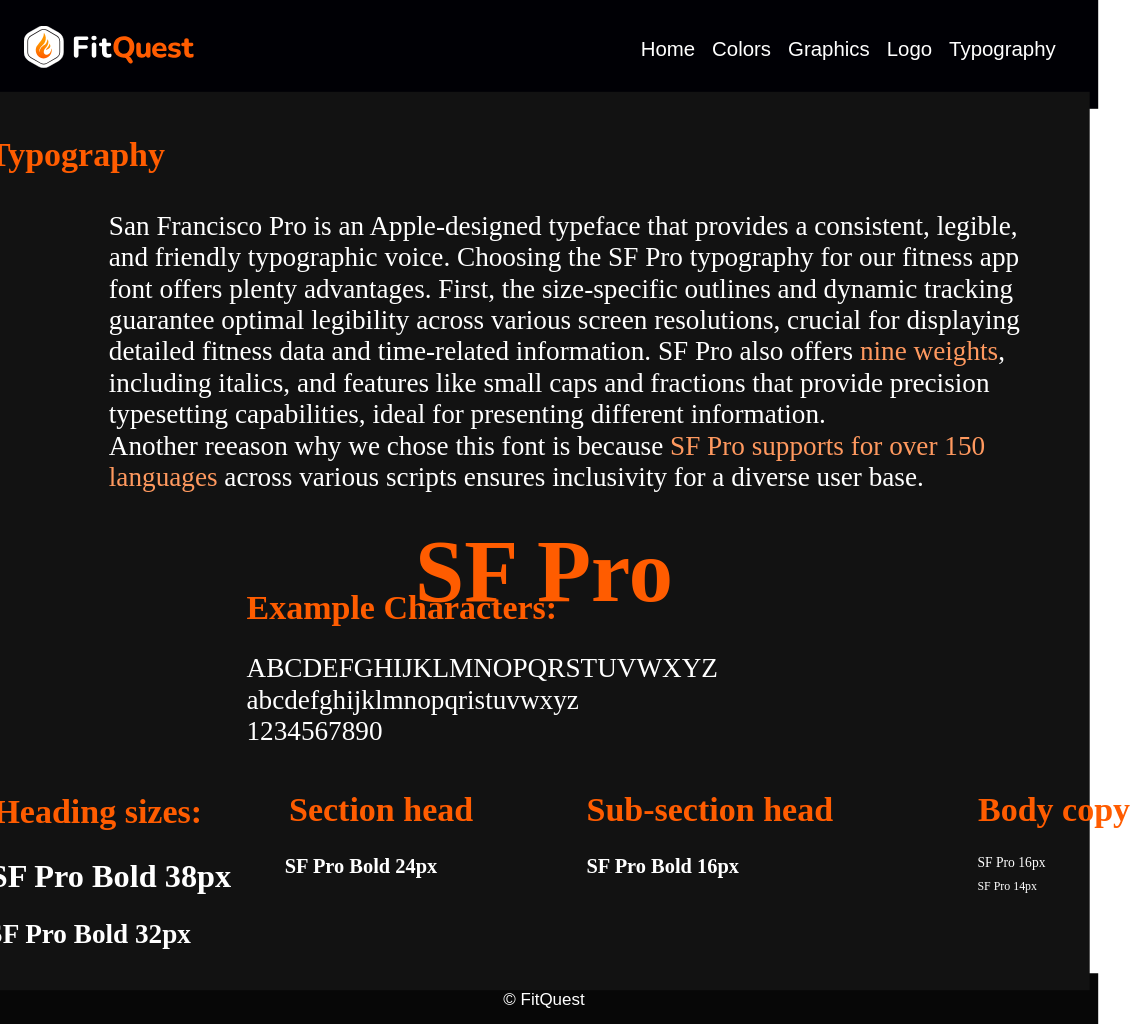
Repository: KyannaKrueger/a5styleguide
Page: /typography
These files come from the project's save history. The page is drawn as it stood at one moment and after the next save; the edit follows.
The browser window is 1280 px wide. The page is 1340 px wide, so the pictures cover 1340 px, including what lies to the right of the window. The pictures show the whole page, at 85% of full size.
The project was rebuilt for these pictures with package versions that can differ from the ones it lists, and the page was loaded fresh each time. The framework's server and built-in components were replaced by stand-ins that run in the browser. Also part of the build but not shown: next.config.mjs.

Above is the page before, as saved 2024-04-09 12:00:06.

After the next save:
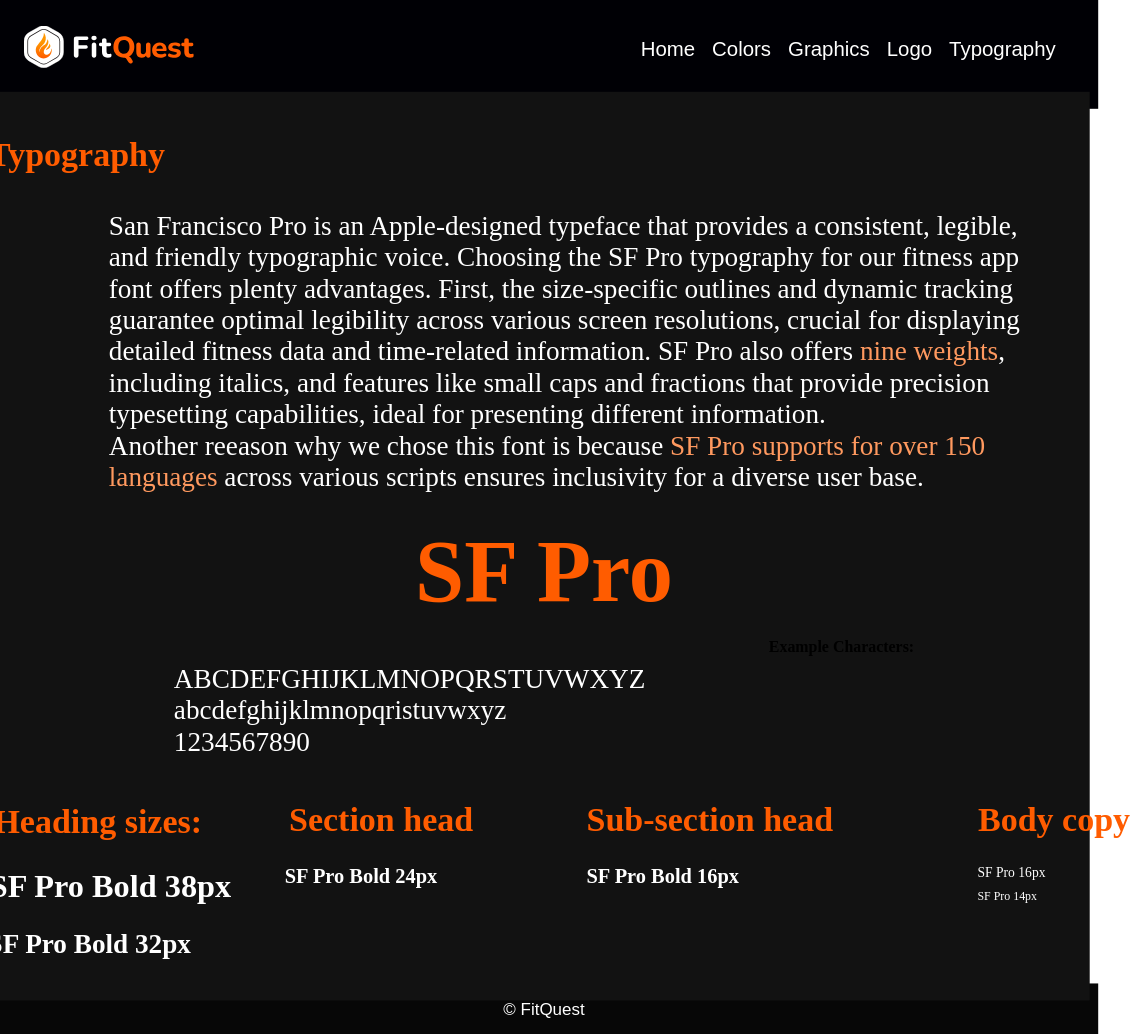
Saved 23 s later.
--- a/styles/typography.module.css
+++ b/styles/typography.module.css
@@ -40,41 +40,7 @@
     margin-bottom: 0px;
   }
 
-  .logoH{
-    color: #ff5c00;
-    text-align: left;
-    margin-left: -1150px;
-    margin-top: -20px;
-    margin-bottom: -20px;
-    font-size: 40px;
-  }
-
-  .logoTypoText{
-    color:#ffffff;
-    font-family: SF pro;
-    font-size: 32px;
-    padding: 80px;
-    margin-top: -30px;
-    margin-left: 50px;
-  }
-
-  .bigNuni{
-    color: #ff5c00;
-    font-size: 104px;
-    margin-top: -80px;
-    margin-bottom: 0px;
-    font-family: Nunito;
-    font-weight: 800;
-    margin-bottom: 100px;
-  }
-
-  .characterH {
-    color: #ff5c00;
-    text-align: left;
-    margin-left: -700px;
-    margin-top: -40px;
-    font-size: 40px;
-  }
+
 
 .characters {
     color: #ffffff;

After the save that followed:
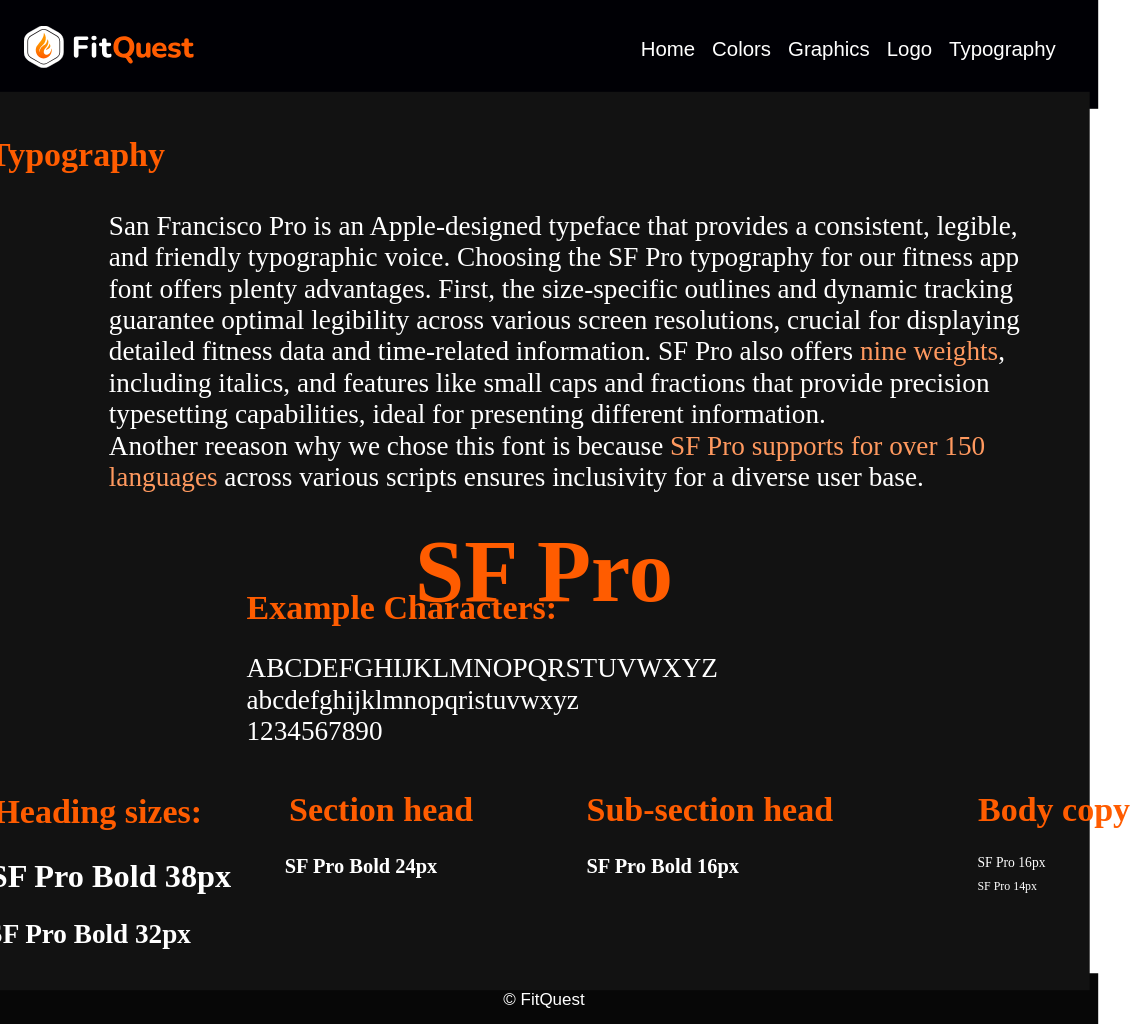
Saved 11 s later.
--- a/styles/typography.module.css
+++ b/styles/typography.module.css
@@ -40,7 +40,13 @@
     margin-bottom: 0px;
   }
 
-
+  .characterH {
+    color: #ff5c00;
+    text-align: left;
+    margin-left: -700px;
+    margin-top: -40px;
+    font-size: 40px;
+  }
 
 .characters {
     color: #ffffff;
